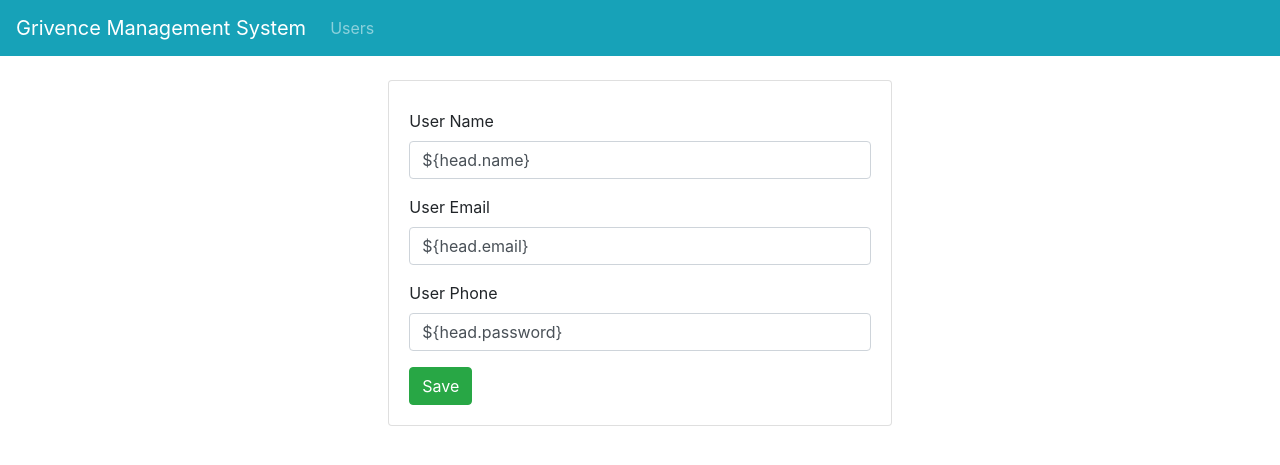
Repository: sdkattar/GMSProject
Page: http://localhost/GMS/new
The author's editor kept a copy of each file at every save. The page is drawn from the files as they stood at one save, then again after the next save.
The browser window is 1280 px wide. The pictures show the whole page.
The page is served by Tomcat 9. Other server files are loaded and not shown.

Above is the page before, as saved 2020-11-08 15:56:02.

### GMS/src/main/webapp/addHead.jsp
<%@ page language="java" contentType="text/html; charset=UTF-8"
    pageEncoding="UTF-8"%>
 <%@page import="com.app.model.Head"%>
  <%@ taglib uri="http://java.sun.com/jsp/jstl/core" prefix="c"%>
        <html>

        <head>
            <title>gms</title>
            <link rel="stylesheet" href="https://stackpath.bootstrapcdn.com/bootstrap/4.3.1/css/bootstrap.min.css" integrity="sha384-ggOyR0iXCbMQv3Xipma34MD+dH/1fQ784/j6cY/iJTQUOhcWr7x9JvoRxT2MZw1T" crossorigin="anonymous">
        </head>

        <body>

            <header>
                <nav class="navbar navbar-expand-md navbar-dark bg-info">
                    <div>
                        <a href="https://www.javaguides.net" class="navbar-brand"> Grivence Management System </a>
                    </div>

                    <ul class="navbar-nav">
                        <li><a href="<%=request.getContextPath()%>/list" class="nav-link">Users</a></li>
                    </ul>
                </nav>
            </header>
            <br>
            <div class="container col-md-5">
                <div class="card">
                    <div class="card-body">
                        <c:if test="${head != null}">
                            <form action="update" method="post">
                        </c:if>
                        <c:if test="${head == null}">
                            <form action="insert" method="post">
                        </c:if>

                        <caption>
                            <h2>
                                <c:if test="${head != null}">
                                    Edit User
                                </c:if>
                                <c:if test="${head == null}">
                                    Add New User
                                </c:if>
                            </h2>
                        </caption>

                        <c:if test="${head != null}">
                            <input type="hidden" name="id" value="<c:out value='${head.userid}' />" />
                        </c:if>

                        <fieldset class="form-group">
                            <label>User Name</label> <input type="text" value="<c:out value='${head.name}' />" class="form-control" name="name" required="required">
                        </fieldset>

                        <fieldset class="form-group">
                            <label>User Email</label> <input type="text" value="<c:out value='${head.email}' />" class="form-control" name="email">
                        </fieldset>

                        <fieldset class="form-group">
                            <label>User Phone</label> <input type="text" value="<c:out value='${head.password}' />" class="form-control" name="password">
                        </fieldset>

                        <button type="submit" class="btn btn-success">Save</button>
                        </form>
                    </div>
                </div>
            </div>
        </body>

        </html>

### GMS/src/main/java/com/app/controller/HeadServlet.java
package com.app.controller;

import java.io.IOException;
import java.sql.SQLException;
import java.util.List;

import javax.servlet.RequestDispatcher;
import javax.servlet.ServletException;
import javax.servlet.annotation.WebServlet;
import javax.servlet.http.HttpServlet;
import javax.servlet.http.HttpServletRequest;
import javax.servlet.http.HttpServletResponse;
import javax.servlet.http.HttpSession;

import com.app.dao.HeadDao;
import com.app.model.Head;

@WebServlet("/")
public class HeadServlet extends HttpServlet {
	private static final long serialVersionUID = 1L;
	private HeadDao dao;


    public void init() {
        dao = new HeadDao();
    }

    protected void doGet(HttpServletRequest request, HttpServletResponse response)
    	    throws ServletException, IOException {
    	        String action = request.getServletPath();

    	        try {
    	            switch (action) {
    	                case "/new":
    	                    showNewForm(request, response);
    	                    break;
    	                case "/insert":
    	                    insertHead(request, response);
    	                    break;
    	                case "/delete":
    	                    deleteHead(request, response);
    	                    break;
    	                case "/edit":
    	                    showEditForm(request, response);
    	                    break;
    	                case "/update":
    	                    updateHead(request, response);
    	                    break;
    	                default:
    	                    listHead(request, response);
    	                    break;
    	            }
    	        } catch (SQLException ex) {
    	            throw new ServletException(ex);
    	        }
    	    }

    private void listHead(HttpServletRequest request, HttpServletResponse response)
    	    throws SQLException, IOException, ServletException {
    	        String role = "HEAD";
				List <Head> listHead = dao.selectAllHeads(role);
    	        request.setAttribute("listHead", listHead);
    	        RequestDispatcher dispatcher = request.getRequestDispatcher("headList.jsp");
    	        dispatcher.forward(request, response);
    	    }

    private void showNewForm(HttpServletRequest request, HttpServletResponse response)
    	    throws ServletException, IOException {
    	        RequestDispatcher dispatcher = request.getRequestDispatcher("addHead.jsp");
    	        dispatcher.forward(request, response);
    	    }

    private void showEditForm(HttpServletRequest request, HttpServletResponse response)
    	    throws SQLException, ServletException, IOException {
    	        int id = Integer.parseInt(request.getParameter("userid"));
    	        Head existingHead = dao.selectHead(id);
    	        RequestDispatcher dispatcher = request.getRequestDispatcher("addHead.jsp");
    	        request.setAttribute("user", existingHead);
    	        dispatcher.forward(request, response);

    	    }
    private void insertHead(HttpServletRequest request, HttpServletResponse response)
    	    throws SQLException, IOException {
    	        String name = request.getParameter("name");
    	        String email = request.getParameter("email");
    	        String phone = request.getParameter("phone");
    	        String password = request.getParameter("password");
    	        String role = request.getParameter("role");
    	        Head newHead = new Head(name, email, phone,password,role);
    	        dao.registerHead(newHead);
    	        response.sendRedirect("list");
    	    }

    private void updateHead(HttpServletRequest request, HttpServletResponse response)
    throws SQLException, IOException {
        int id = Integer.parseInt(request.getParameter("userid"));
        String name = request.getParameter("name");
        String email = request.getParameter("email");
        String phone = request.getParameter("phone");

        Head head = new Head(id, name, email, phone);
        dao.updateHead(head);
        response.sendRedirect("list");
    }

    private void deleteHead(HttpServletRequest request, HttpServletResponse response)
    	    throws SQLException, IOException {
    	        int id = Integer.parseInt(request.getParameter("userid"));
    	        dao.deleteHead(id);
    	        response.sendRedirect("list");

    	}


	protected void doPost(HttpServletRequest request, HttpServletResponse response) throws ServletException, IOException {
		doGet(request, response);
	}

}

After the next save:
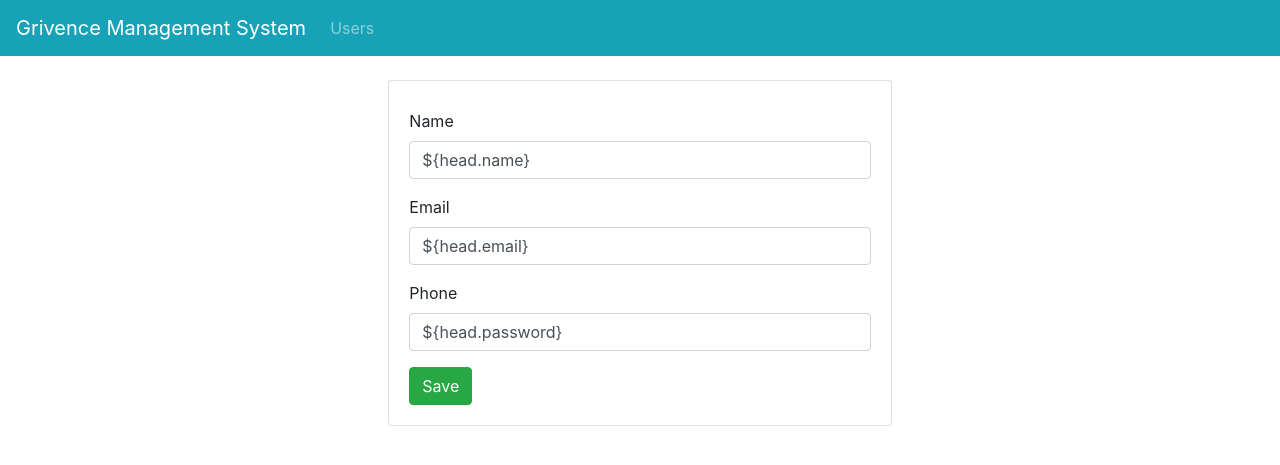
Saved 2 min 58 s later.
--- a/GMS/src/main/webapp/addHead.jsp
+++ b/GMS/src/main/webapp/addHead.jsp
@@ -1,6 +1,6 @@
 <%@ page language="java" contentType="text/html; charset=UTF-8"
     pageEncoding="UTF-8"%>
- <%@page import="com.app.model.Head"%>
+ <%@page import="com.app.dao.HeadDao"%>
   <%@ taglib uri="http://java.sun.com/jsp/jstl/core" prefix="c"%>
         <html>
 
@@ -49,15 +49,15 @@
                         </c:if>
 
                         <fieldset class="form-group">
-                            <label>User Name</label> <input type="text" value="<c:out value='${head.name}' />" class="form-control" name="name" required="required">
+                            <label>Name</label> <input type="text" value="<c:out value='${head.name}' />" class="form-control" name="name" required="required">
                         </fieldset>
 
                         <fieldset class="form-group">
-                            <label>User Email</label> <input type="text" value="<c:out value='${head.email}' />" class="form-control" name="email">
+                            <label>Email</label> <input type="text" value="<c:out value='${head.email}' />" class="form-control" name="email">
                         </fieldset>
 
                         <fieldset class="form-group">
-                            <label>User Phone</label> <input type="text" value="<c:out value='${head.password}' />" class="form-control" name="password">
+                            <label>Phone</label> <input type="text" value="<c:out value='${head.password}' />" class="form-control" name="password">
                         </fieldset>
 
                         <button type="submit" class="btn btn-success">Save</button>
